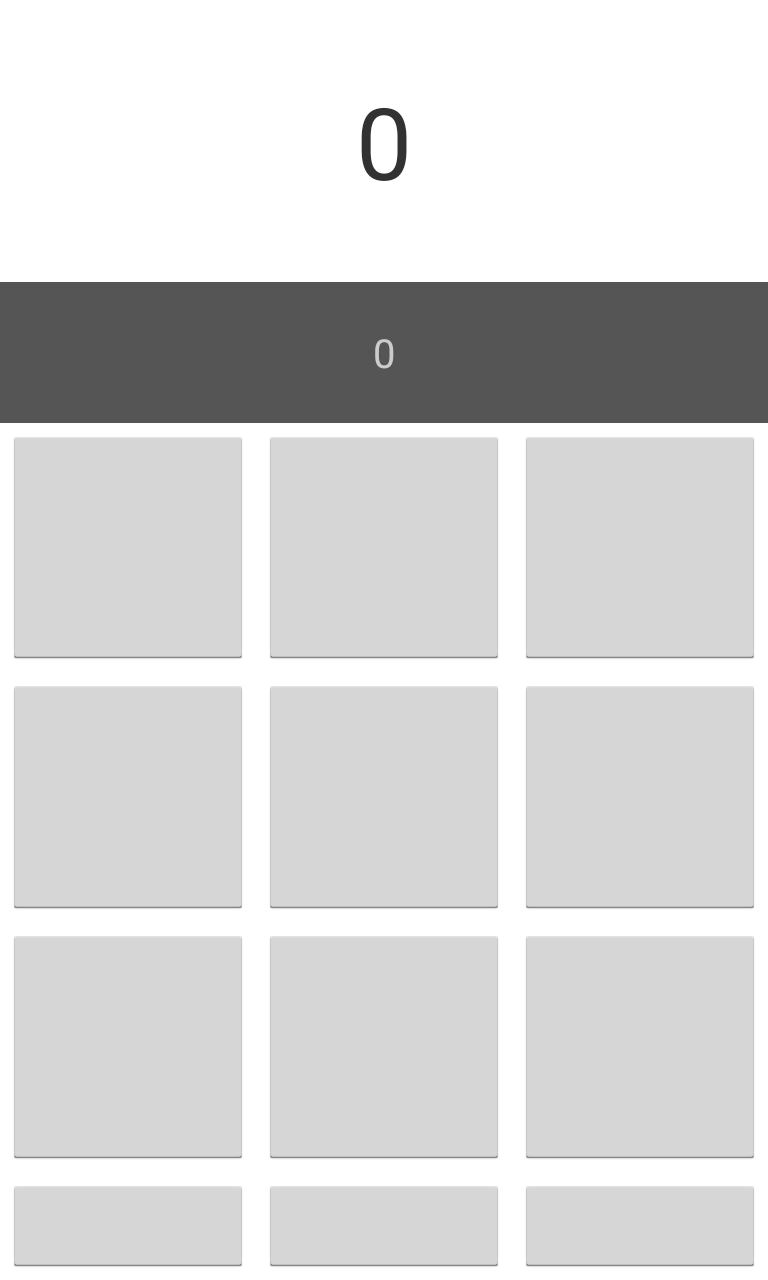
Repository: Wenfeng-GAO/Android-AppLites
Layout: RemoteControl/res/layout/fragment_remote_control.xml
An editor plug-in stored every save of this project. The layout is shown before and after the next save, followed by the edit.
It is drawn on a 768 x 1280 px phone screen (xhdpi) without system bars, with theme AppTheme; the app's code is not run.

Above is the layout before, as saved 2014-12-22 19:23:08.

### RemoteControl/res/layout/fragment_remote_control.xml
<TableLayout xmlns:android="http://schemas.android.com/apk/res/android"
    android:id="@+id/fragment_remote_control_tableLayout"
    android:layout_width="match_parent"
    android:layout_height="match_parent"
    android:stretchColumns="*" >
<TextView
    android:id="@+id/textView_selected_fragment_remote_control"
    android:layout_width="match_parent"
    android:layout_height="0dp"
    android:layout_weight="2"
    android:gravity="center"
    android:text="0"
    android:textSize="50dp" />
<TextView
    android:id="@+id/textView_working_fragment_remote_control"
    android:layout_width="match_parent"
    android:layout_height="0dp"
    android:layout_weight="1"
    android:background="#555"
    android:gravity="center"
    android:text="0"
    android:textColor="#ccc"
    android:textSize="20dp" />
<include
    android:layout_weight="1"
    layout="@layout/button_row" />
<include
    android:layout_weight="1"
    layout="@layout/button_row" />
<include
    android:layout_weight="1"
    layout="@layout/button_row" />
<!-- <include
    android:layout_weight="1"
    layout="@layout/button_row"
    style="@style/ControlButton" /> -->
    <TableRow>
        <Button style="@style/RemoteButton"/>
        <Button style="@style/RemoteButton"/>
        <Button style="@style/ControlButton"/>
    </TableRow>
</TableLayout>

### RemoteControl/res/values/styles.xml
<resources xmlns:android="http://schemas.android.com/apk/res/android">

    <!--
        Base application theme, dependent on API level. This theme is replaced
        by AppBaseTheme from res/values-vXX/styles.xml on newer devices.
    -->
    <style name="AppBaseTheme" parent="android:Theme.Light">
        <!--
            Theme customizations available in newer API levels can go in
            res/values-vXX/styles.xml, while customizations related to
            backward-compatibility can go here.
        -->
    </style>

    <!-- Application theme. -->
    <style name="AppTheme" parent="AppBaseTheme">
        <!-- All customizations that are NOT specific to a particular API-level can go here. -->
    </style>

    <style name="RemoteButton">
        <item name="android:layout_width">0dp</item>
        <item name="android:layout_height">match_parent</item>
        <item name="android:textColor">#556699</item>
        <item name="android:textSize">20dp</item>
        <item name="android:layout_margin">3dp</item>
    </style>

    <style name="ControlButton" parent="RemoteButton">
        <item name="android:textStyle">bold</item>
    </style>

</resources>

### RemoteControl/res/layout/button_row.xml
<?xml version="1.0" encoding="utf-8"?>
<TableRow xmlns:android="http://schemas.android.com/apk/res/android" >
	<Button style="@style/RemoteButton" />
	<Button style="@style/RemoteButton" />
	<Button style="@style/RemoteButton" />
</TableRow>

Loaded but not shown: RemoteControl/res/values-v11/styles.xml (common file); RemoteControl/res/values-v14/styles.xml (common file)

After the next save:
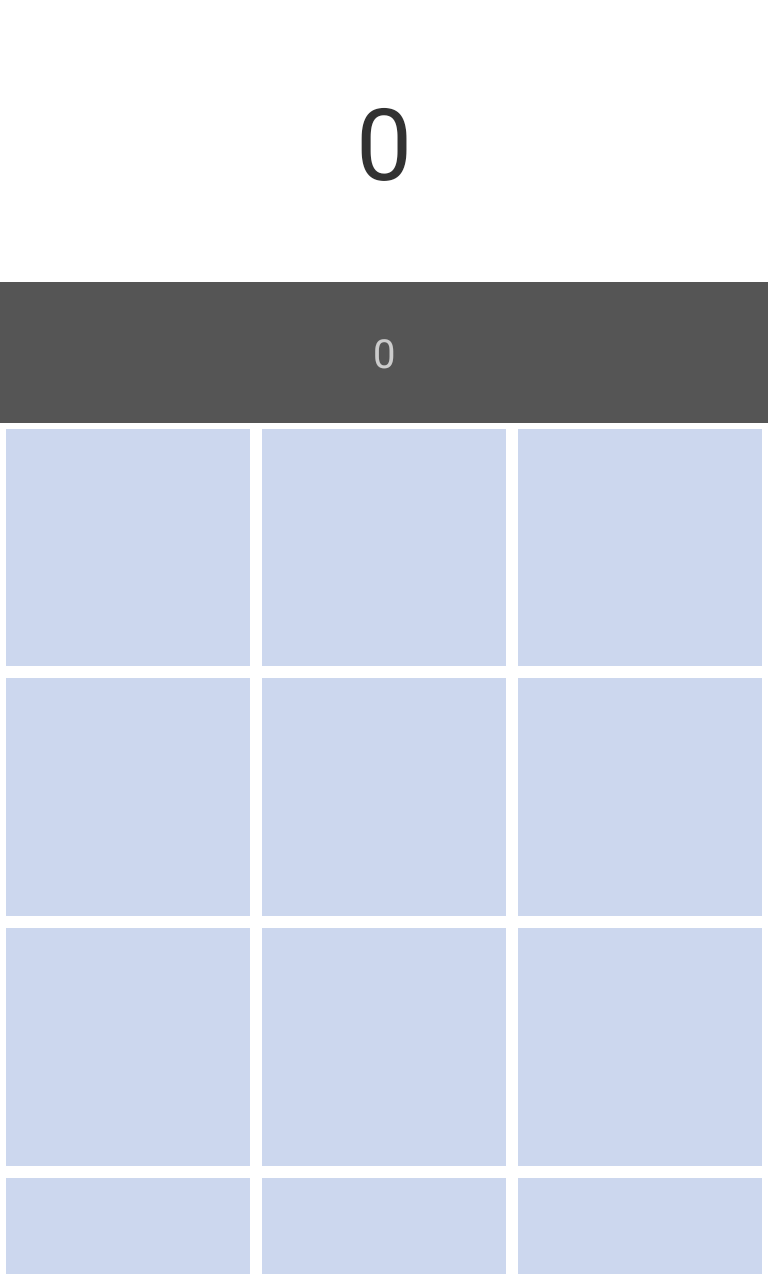
Saved 8 min 8 s later.
--- a/RemoteControl/res/values/styles.xml
+++ b/RemoteControl/res/values/styles.xml
@@ -23,6 +23,7 @@
         <item name="android:textColor">#556699</item>
         <item name="android:textSize">20dp</item>
         <item name="android:layout_margin">3dp</item>
+        <item name="android:background">#ccd7ee</item>
     </style>
 
     <style name="ControlButton" parent="RemoteButton">
